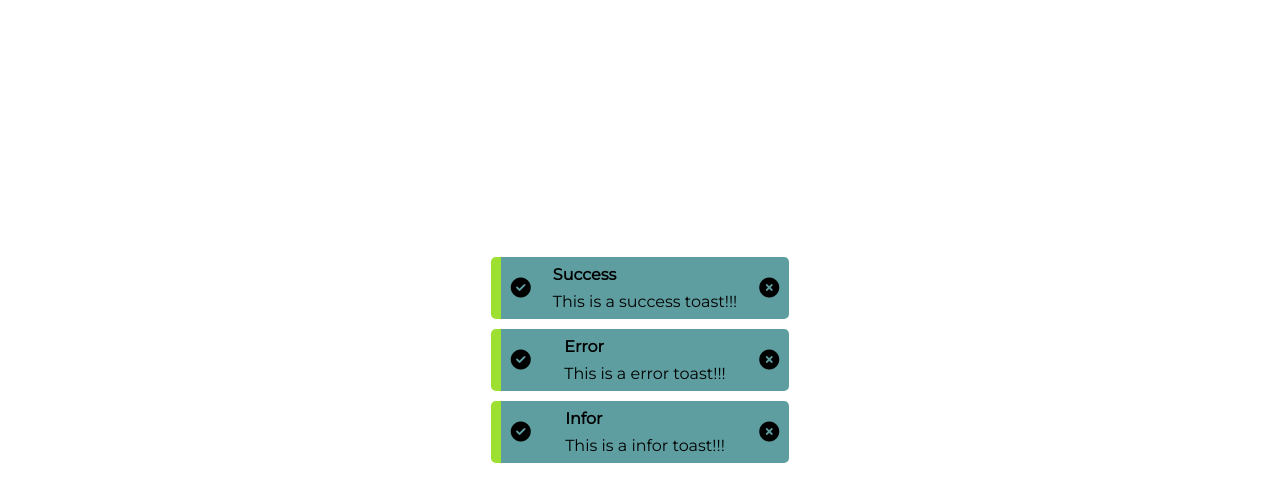
Repository: thuynguyen0964/Toast-Cooler
Page: index.html
The author's editor kept a copy of each file at every save. The page is drawn from the files as they stood at one save, then again after the next save.
The browser window is 1280 px wide. The pictures show the whole page.

Above is the page before, as saved 2023-01-26 20:26:02.

After the next save:
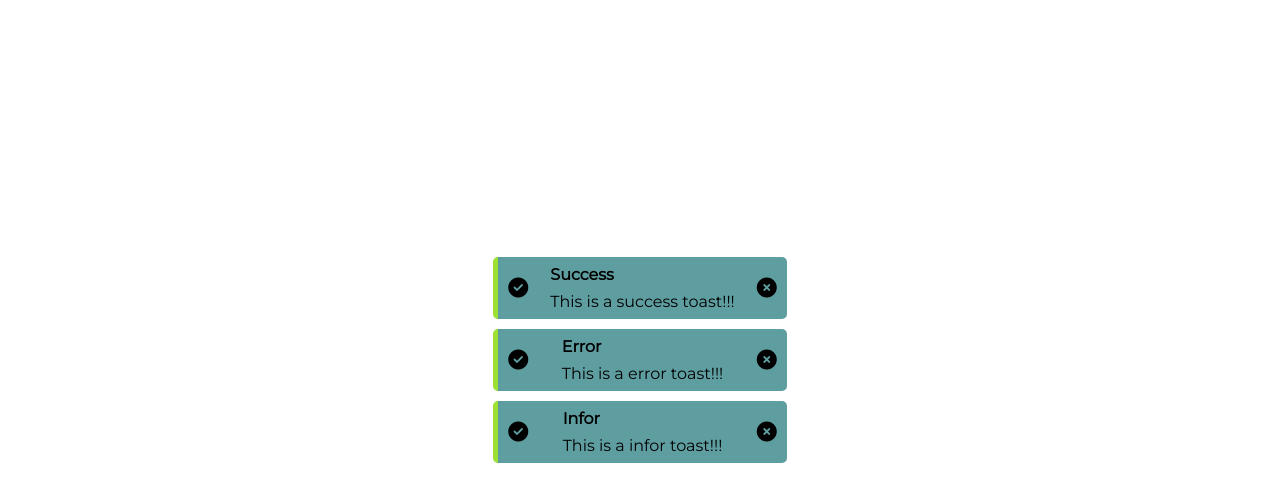
Saved 6 s later.
--- a/app/style.css
+++ b/app/style.css
@@ -14,7 +14,7 @@ body{
 .toast{
     width: 350x;
     list-style: none;
-    border-left: 10px solid #9de031;
+    border-left: 5px solid #9de031;
     border-radius: 5px;
     display: flex;
     align-items: center;
